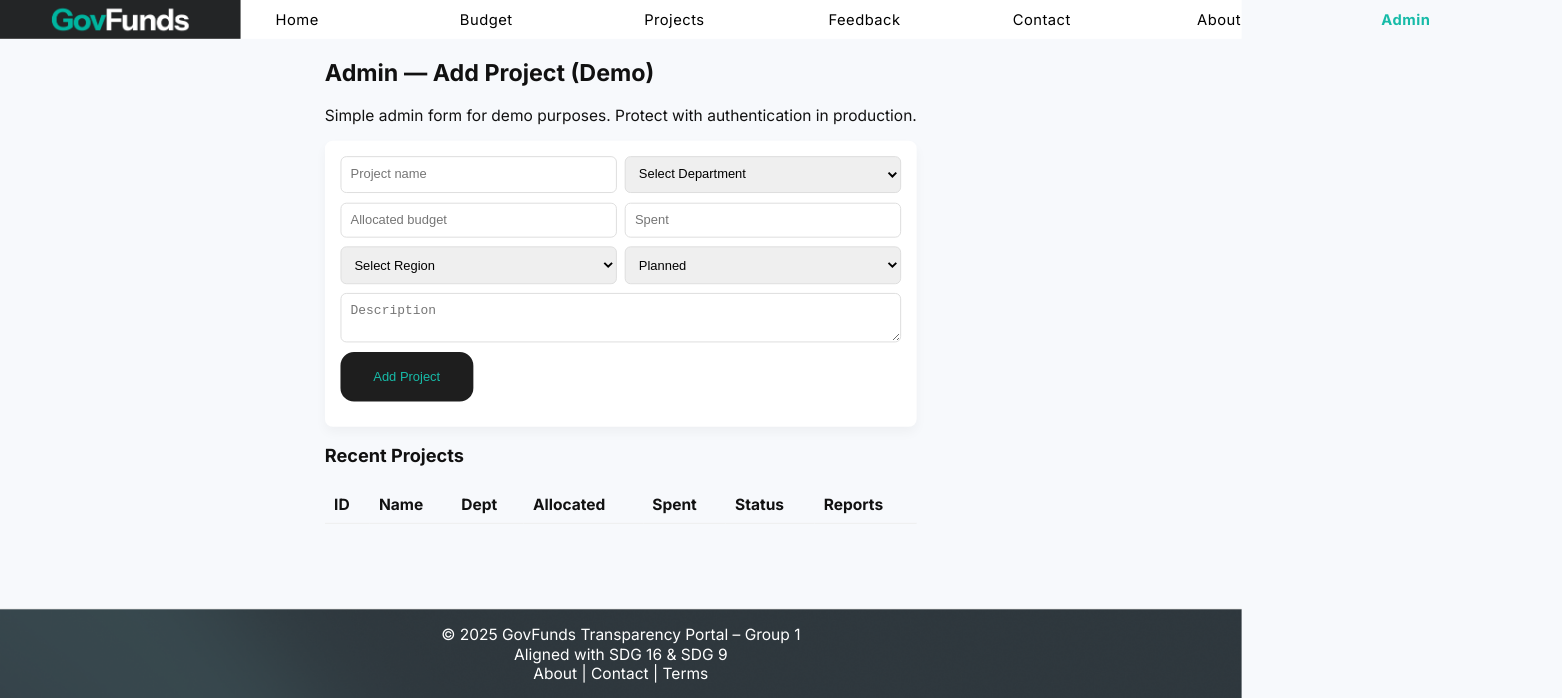
Repository: efren319/GovFunds
Page: http://localhost/admin
An editor plug-in stored every save of this project. The page is shown before and after the next save, followed by the edit.
The browser window is 1280 px wide. The page is 1610 px wide, then 1420 px, so the pictures cover 1610 px, including what lies to the right of the window. The pictures show the whole page, at 97% of full size.
Some web fonts or font styles are not loaded; a fallback is used. The page is served by the project's application, run on Flask 3 (app.py).

Above is the page before, as saved 2025-11-17 11:44:13.

After the next save:
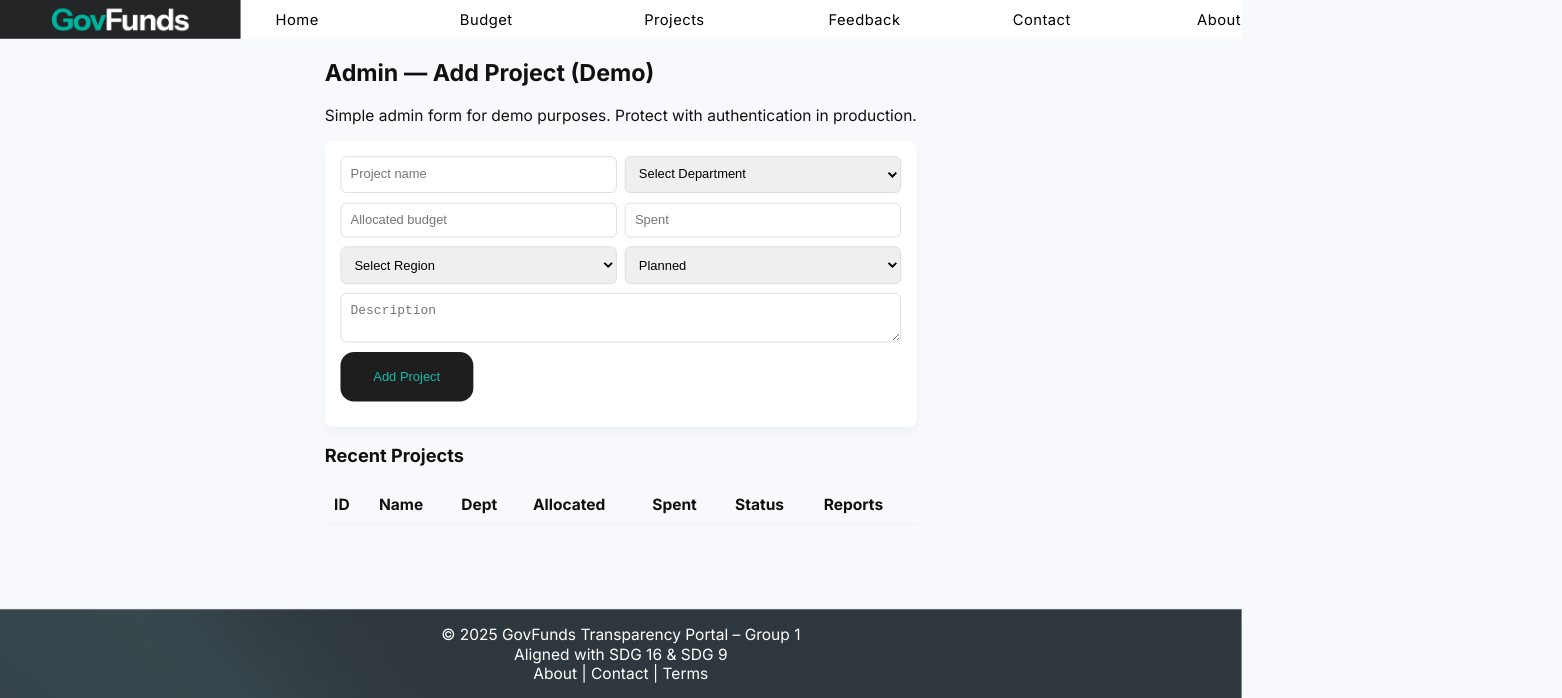
Saved 20 h 39 min later.
--- a/templates/base.html
+++ b/templates/base.html
@@ -22,7 +22,6 @@
         <a href="{{ url_for('feedback') }}">Feedback</a>
         <a href="{{ url_for('contact') }}">Contact</a>
         <a href="{{ url_for('about') }}">About</a>
-        <a href="{{ url_for('admin') }}" class="admin-link">Admin</a>
       </nav>
     </div>
   </header>
